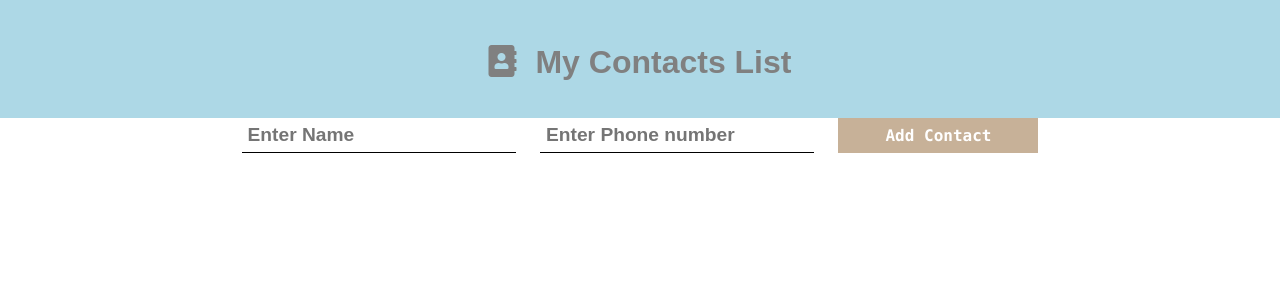
Repository: Sayan-100/Contact-List
Page: http://localhost/
These files come from the project's save history. The page is drawn as it stood at one moment and after the next save; the edit follows.
The browser window is 1280 px wide. The pictures show the whole page.
Some web libraries are served in a nearby version. The page is served by the project's Node server (index.js). Other server files are loaded and not shown. Queries for data that is not in the repository find no rows.

Above is the page before, as saved 2022-01-10 15:19:56.

### views/home.ejs
<html>

<head>
    <title>
        <%=locals.title%>
    </title>

    <link rel="stylesheet" href="https://use.fontawesome.com/releases/v5.5.0/css/all.css" integrity="sha384-B4dIYHKNBt8Bc12p+WXckhzcICo0wtJAoU8YZTY5qE0Id1GSseTk6S+L3BlXeVIU" crossorigin="anonymous">

    <!-- our css should below all the style so that we can override -->
    <link rel="stylesheet" href="/css/home.css">

</head>

<body>

    <div id="mb">
        <div class="element">
            <h1 id="page-heading">
                <i class="fas fa-address-book "></i> My Contacts List
            </h1>
        </div>
        <div id="contact-list-container" class="element">
            <ul>
                <% for(let i of contact_list) {%>
                    <li class="contact">
                        <div class="details-name">
                            <p>
                                <%= i.name %>
                            </p>
                        </div>
                        <div class="details-contact-number delete-button">

                            <div>
                                <p>
                                    <%= i.phone %>
                                </p>
                            </div>

                            <div>
                                <a href="/delete-contact/?id=<%=i._id%>">
                                    <i class="fas fa-window-close"></i>
                                </a>
                            </div>
                        </div>
                    </li>
                    <% } %>
            </ul>
        </div>
    </div>

    <form id="new-contact-form" action="/create_contact" method="POST">
        <input type="text" name="name" required placeholder="Enter Name">
        <input type="number" name="phone" required placeholder="Enter Phone number">

        <button type="submit">Add Contact</button>

    </form>

    <script type="text/javascript" src="/js/home.js">
    </script>

</body>

</html>

### index.js
const express = require('express');
const path = require('path');
const port = 8000;

const db = require('./config/mongoose');
const Contact = require('./models/contact');

const app = express();


app.set('view engine', 'ejs');
app.set('views', path.join(__dirname, 'views'));
app.use(express.urlencoded());
app.use(express.static('assets'));

//middleware 1
// app.use(function(req, res, next) {
//     req.myName = "Sayan";
//     // console.log("middleware 1 called");
//     next();
// })

//middleware 2
// app.use(function(req, res, next) {
//     console.log('My name from middleware 2', req.myName);
//     next();
// })

// var contactList = [{
//         name: "Arapan sir",
//         phone: "1111111111"
//     },

//     {
//         name: "Coding Ninjas",
//         phone: "2111222222"
//     },

//     {
//         name: "Sayan",
//         phone: "4444444444"
//     }

// ];


app.get('/', function(req, res) {
    // console.log(__dirname);
    // res.send('<h1>cool, it is running or is it?</h1>');
    //return

    // console.log("from the get route", req.myName);

    Contact.find({}, function(err, contacts) {
        if (err) {
            console.log('Error in fetching contact list from db');
            return;
        }

        return res.render('home', {
            title: "My contacts list",
            contact_list: contacts
        });

    });


    // return res.render('home', {
    //     title: "My contacts list",
    //     contact_list: contactList
    // });

});

app.get('/practice', function(req, res) {
    return res.render('practice', {
        title: "Let us play with ejs"
    });
});

app.get('/delete-contact', function(req, res) {
    //console.log(req.query);
    //let phone = req.query.phone;
    let id = req.query.id;
    Contact.findByIdAndDelete(id, function(err) {
        if (err) {
            console.log('error in deleting a object form database');
            return;
        }

        return res.redirect('back');
    });
    // let contactIndex = contactList.findIndex(contact => contact.phone == phone);

    // if (contactIndex != -1) {
    //     contactList.splice(contactIndex, 1);
    // }

    // return res.redirect('back');
});

app.get('/', function(req, res) {

});


app.post('/create_contact', function(req, res) {
    // return res.redirect('/practice');
    // contactList.push({
    //     name: req.body.name,
    //     phone: req.body.phone
    // });
    // contactList.push(req.body);
    Contact.create({
        name: req.body.name,
        phone: req.body.phone
    }, function(err, newContact) {
        if (err) {
            console.log('error in creating a contact!');
            return;
        }

        console.log('*********', newContact);
        return res.redirect('back');

    });

    // return res.redirect('/');
    // return res.redirect('back');
});

app.listen(port, function(err) {

    if (err) {
        console.log('Error in running Server');
    }

    console.log('Yup. My express server is running on port', port);
});

### assets/css/home.css
    body {
        margin: 0;
        font-family: sans-serif;
        text-align: center;
    }

    #page-heading {
        text-align: center;
        margin-top: 25px;
        color: grey;
    }

    li {
        list-style: none;
        display: flex;
        box-sizing: border-box;
        justify-content: space-between;
        background-color: #EA99D5;
        margin: 4px;
        /* width: 80%; */
        font-weight: 600;
        overflow: hidden;
        color: white;
        font-family: monaco;
    }

    li:hover {
        background-color: #BAABDA;
    }

    input {
        margin-right: 20px;
        padding: 6px;
        border: transparent;
        border-bottom: 1px solid black;
        font-family: sans-serif;
        font-weight: 700;
        font-size: 1.2rem;
    }

    button {
        padding: 6px;
        width: 200px;
        height: 35px;
        background-color: #C7B198;
        font-family: monaco;
        font-weight: 600;
        color: white;
        border: none;
        font-size: 1rem;
    }

    button:hover {
        background-color: #CA965C;
    }

    p {
        display: inline-block;
        padding-left: 2rem;
        padding-right: 5rem;
    }

    .details-contact-number {
        display: flex;
        justify-content: space-evenly;
    }

    i {
        margin-top: 20px;
        margin-right: 10px;
    }

    #mb {
        width: inherit;
        display: flex;
        flex-direction: column;
        align-items: center;
        background-color: lightblue;
        padding: 0 50px;
    }

    ul {
        /* width: 100%; */
        padding-left: 0;
    }

    .element {
        width: 70%;
    }

Loaded but not shown: assets/js/home.js (common file)

After the next save:
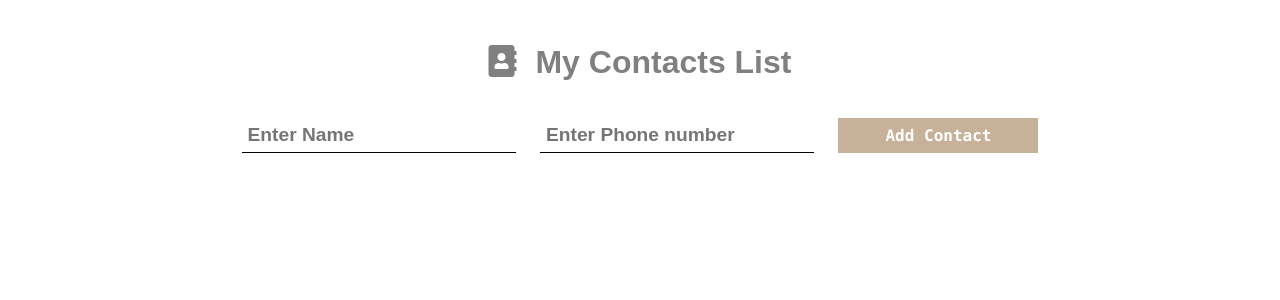
Saved 17 s later.
--- a/assets/css/home.css
+++ b/assets/css/home.css
@@ -75,7 +75,7 @@
         display: flex;
         flex-direction: column;
         align-items: center;
-        background-color: lightblue;
+        /* background-color: lightblue; */
         padding: 0 50px;
     }
 
